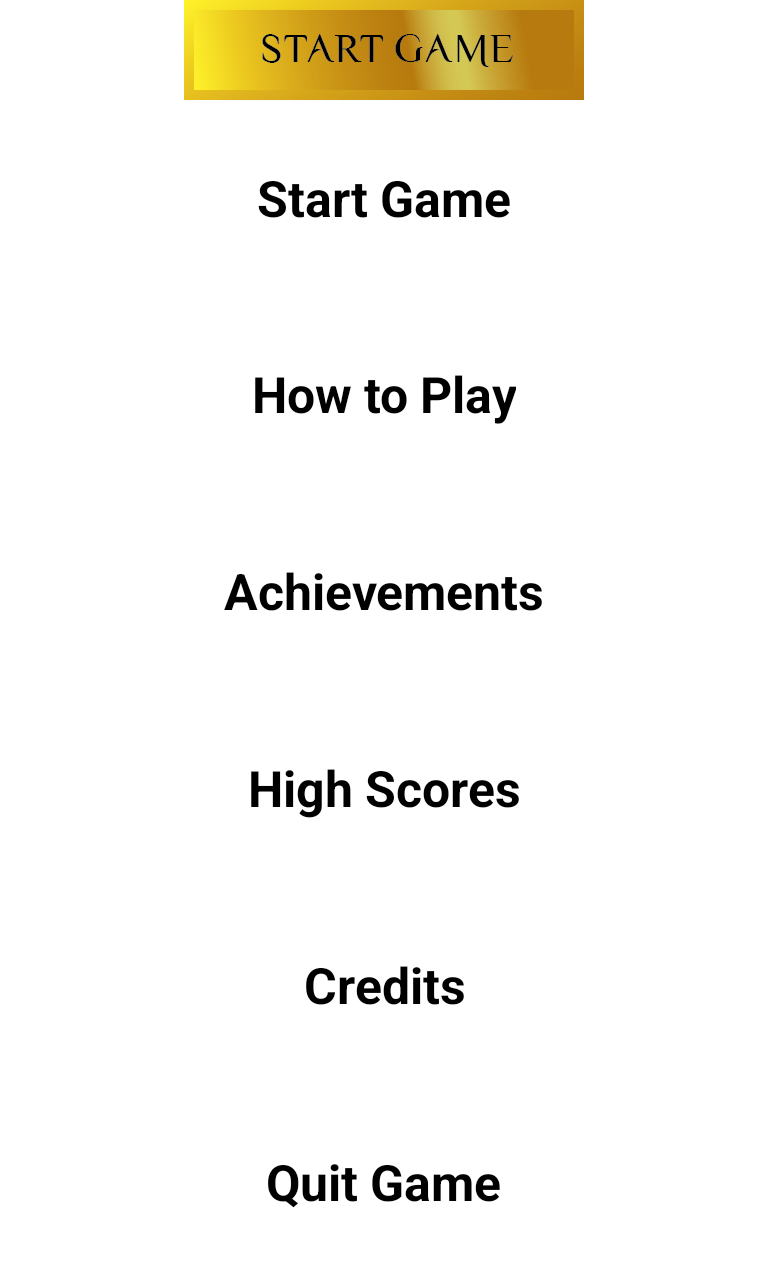
Repository: Zilter/IMT3671-Mobile-Project
Layout: GemSwapper/res/layout/activity_main.xml
The author's editor kept a copy of each file at every save. The layout is drawn from the files as they stood at one save, then again after the next save.
It is drawn on a 768 x 1280 px phone screen (xhdpi) without system bars, with theme AppTheme; the app's code is not run.

Above is the layout before, as saved 2012-12-04 11:25:01.

### GemSwapper/res/layout/activity_main.xml
<RelativeLayout xmlns:android="http://schemas.android.com/apk/res/android"
    xmlns:tools="http://schemas.android.com/tools"
    android:layout_width="fill_parent"
    android:layout_height="fill_parent" >

<!--     <ImageView -->
<!--         android:id="@+id/main_menu" -->
<!--         android:contentDescription="@string/imageDescription" -->
<!--         android:src="@drawable/ic_launcher.png" -->
<!--         android:layout_height="wrap_content" -->
<!--         android:layout_width="wrap_content" -->
<!--         android:layout_alignParentRight="true" -->
<!--         android:layout_centerVertical="true" -->
<!--         android:layout_marginRight="25dp"  -->
<!--     /> -->

    <LinearLayout
        android:layout_width="fill_parent"
        android:layout_height="fill_parent"
        android:orientation="vertical" >

        <ImageView
            android:id="@+id/start_game_button"
            android:contentDescription="@string/imageDescription"
            android:src="@drawable/start_game_01"
            android:layout_height="wrap_content"
            android:layout_width="wrap_content"
            android:layout_gravity="center" />

        <TextView
            android:id="@+id/start_game"
            style="@style/MenuFont"
            android:layout_width="wrap_content"
            android:layout_gravity="center"
            android:text="@string/start_game" />

        <TextView
            android:id="@+id/how_to"
            style="@style/MenuFont"
            android:layout_width="wrap_content"
            android:layout_gravity="center"
            android:text="@string/how_to_play" />

        <TextView
            android:id="@+id/achievements"
            style="@style/MenuFont"
            android:layout_width="wrap_content"
            android:layout_gravity="center"
            android:text="@string/achievements" />

        <TextView
            android:id="@+id/high_score"
            style="@style/MenuFont"
            android:layout_width="wrap_content"
            android:layout_gravity="center"
            android:text="@string/high_score" />

        <TextView
            android:id="@+id/credits"
            style="@style/MenuFont"
            android:layout_width="wrap_content"
            android:layout_gravity="center"
            android:text="@string/credits" />

        <TextView
            android:id="@+id/quit_game"
            style="@style/MenuFont"
            android:layout_width="wrap_content"
            android:layout_gravity="center"
            android:text="@string/quit_game" />


    </LinearLayout>

</RelativeLayout>

### GemSwapper/res/values/strings.xml
<?xml version="1.0" encoding="utf-8"?>
<resources>

    <string name="app_name">GemSwapper</string>
    <string name="menu_settings">Settings</string>

    <!-- activities -->
    <string name="title_activity_main">MainActivity</string>
    <string name="title_activity_highscore">HighscoreActivity</string>
    <string name="title_activity_credits">CreditsActivity</string>

    <!-- Main Menu & Menu Buttons -->
    <string name="start_game">Start Game</string>
    <string name="how_to_play">How to Play</string>
    <string name="achievements">Achievements</string>
    <string name="high_score">High Scores</string>
    <string name="credits">Credits</string>
    <string name="quit_game">Quit Game</string>
    <string name="imageDescription">This is an image</string>

    <!-- Activity - How To Play -->
    <string name="howToPlayGame1">Tilt your phone in the direction you want to move.</string>
    <string name="howToPlayGame2">The goal of the game is to survive for as long as you can without hitting the edge of your screen.</string>
    <string name="howToImage1">Tilt</string>

    <!-- Activity - Credits -->
    <string name="creditsMain">Credits</string>
    <string name="creators">This game was created by Christian Stokkebekk, Christian Holt and
        Øyvind Nordli for an assignment in Mobile Systems Programming at Gjøvik University College (GUC)</string>

    <!-- Activity - High Score -->
    <string name="highScoreMain">High Score</string>
    <string name="name">Name:\t</string>
    <string name="highscore">Score:\t</string>
    <string name="loading">Please wait, loading data</string>
    <string name="hello_world">Hello world!</string>
    <string name="title_activity_game">Game</string>
    <string name="title_activity_achievements">Achievements</string>
    <string name="title_activity_how_to">HowToActivity</string>

</resources>

Loaded but not shown: GemSwapper/res/values-v11/styles.xml (common file); GemSwapper/res/values-v14/styles.xml (common file); GemSwapper/res/values/styles.xml (common file)

After the next save:
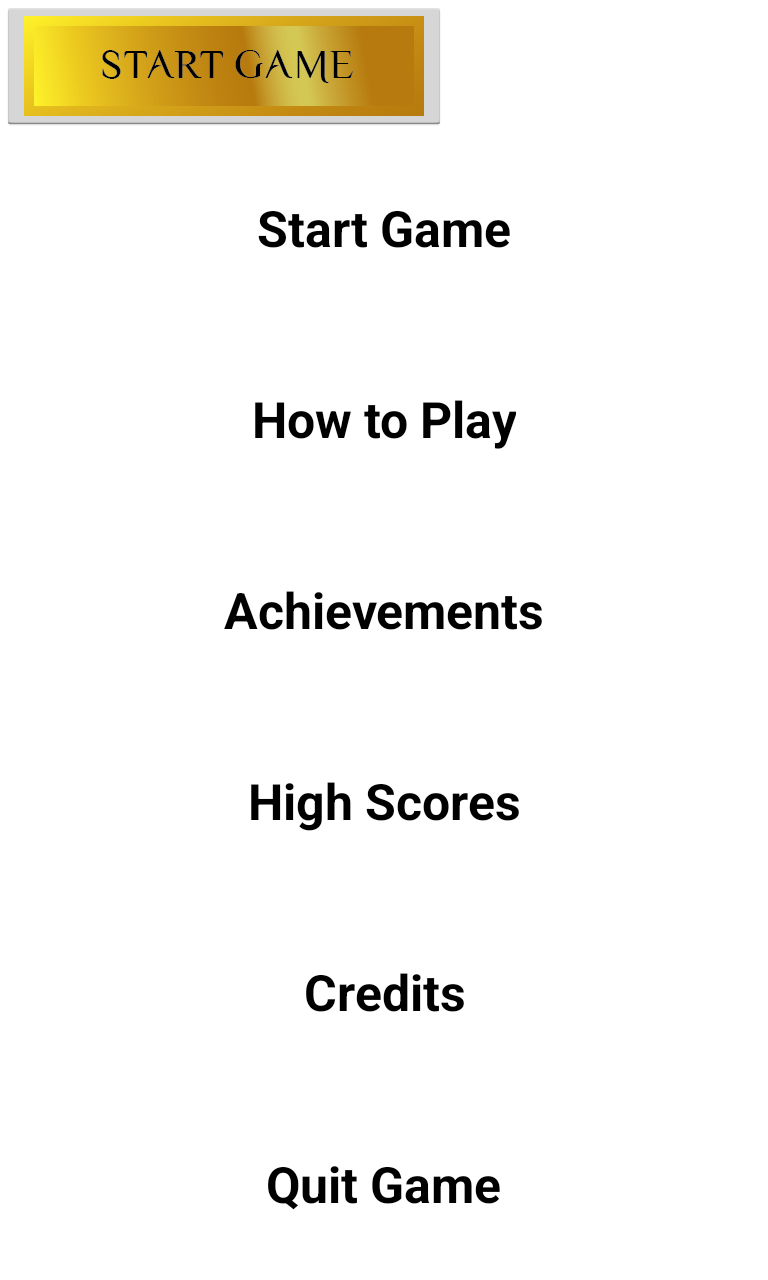
Saved 3 min 31 s later.
--- a/GemSwapper/res/layout/activity_main.xml
+++ b/GemSwapper/res/layout/activity_main.xml
@@ -19,13 +19,12 @@
         android:layout_height="fill_parent"
         android:orientation="vertical" >
 
-        <ImageView
-            android:id="@+id/start_game_button"
-            android:contentDescription="@string/imageDescription"
-            android:src="@drawable/start_game_01"
-            android:layout_height="wrap_content"
-            android:layout_width="wrap_content"
-            android:layout_gravity="center" />
+     	<ImageButton
+     	    android:id="@+id/start_game_button"
+     	    android:layout_height="wrap_content"
+     	    android:layout_width="wrap_content"
+     	    android:src="@drawable/start_game_01"
+     	    />
 
         <TextView
             android:id="@+id/start_game"
